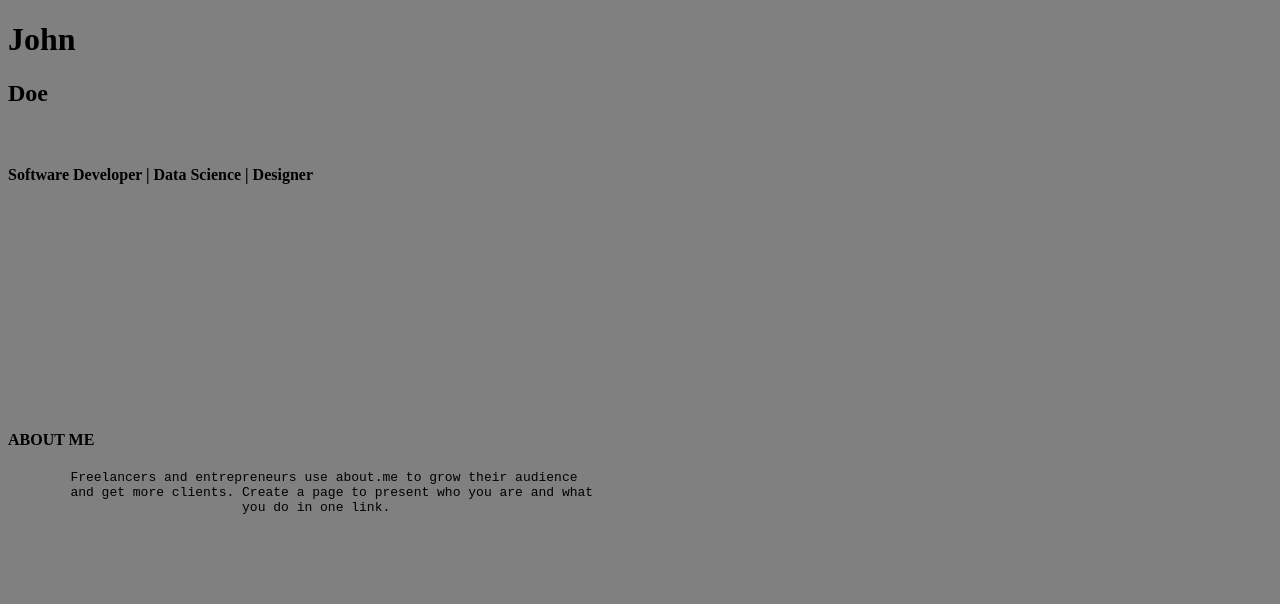
Repository: mrjayajay/week-1-code-challenges
Page: assignment/index.html
An editor plug-in stored every save of this project. The page is shown before and after the next save, followed by the edit.
The browser window is 1280 px wide. The pictures show the whole page.

Above is the page before, as saved 2024-03-10 17:02:07.

### assignment/index.html
<!DOCTYPE html>
<html lang="en">
<head>
    <meta charset="UTF-8">
    <meta name="viewport" content="width=device-width, initial-scale=1.0">
    <title>ASSIGNMENT</title>
    <link rel="stylesheet" href="style.css">
</head>
<body>
    <h1>John</h1>
    <h2>Doe</h2>
    <br>
    <h4>Software Developer | Data Science | Designer</h4>
     <div id="circ" class="list">
    <svg width="200" height="200">
    <circle cx="100" cy="100" r="80" fill="grey" stroke="black" stroke-width="0"/></svg>

    </div>
    <h4 text-align="centre">ABOUT ME</h4>
    <pre>
        Freelancers and entrepreneurs use about.me to grow their audience
        and get more clients. Create a page to present who you are and what
                              you do in one link.
    </pre>


        </body>
    </svg>
</body>
</html>

### assignment/style.css
*{
    padding:0px
    margin:0px
}
body {
    background-color: grey;
    font-family: 'Times New Roman', Times, serif;
}

After the next save:
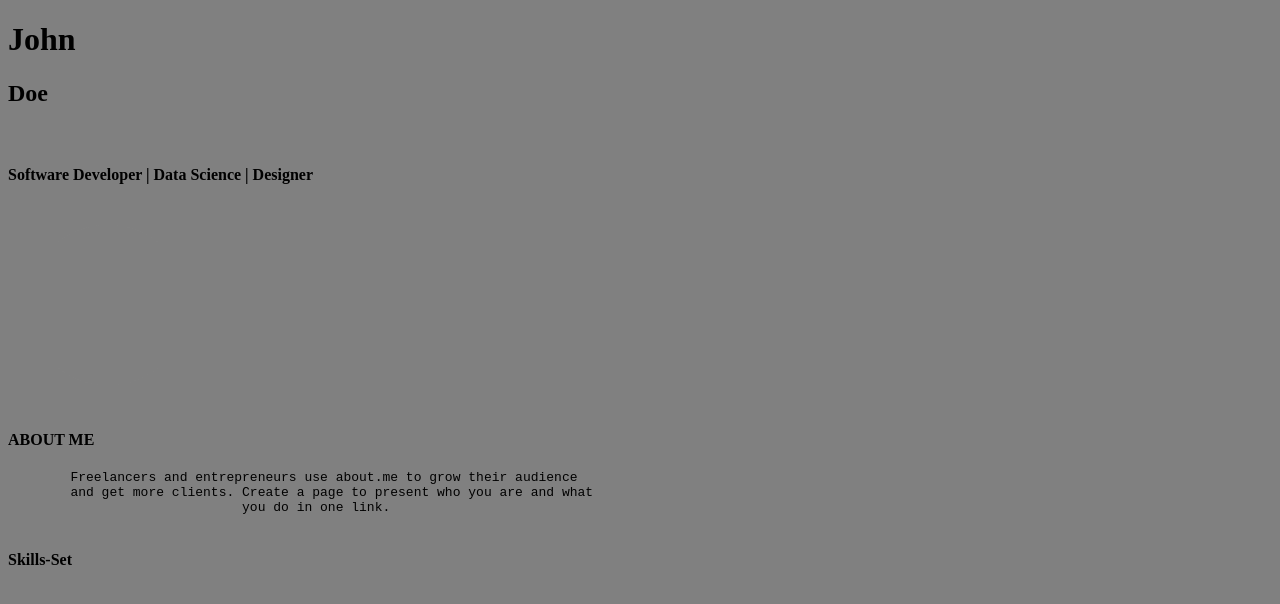
Saved 38 s later.
--- a/assignment/index.html
+++ b/assignment/index.html
@@ -22,6 +22,8 @@
         and get more clients. Create a page to present who you are and what
                               you do in one link.
     </pre>
+    <h4>Skills-Set</h4>
+
 
 
         </body>
